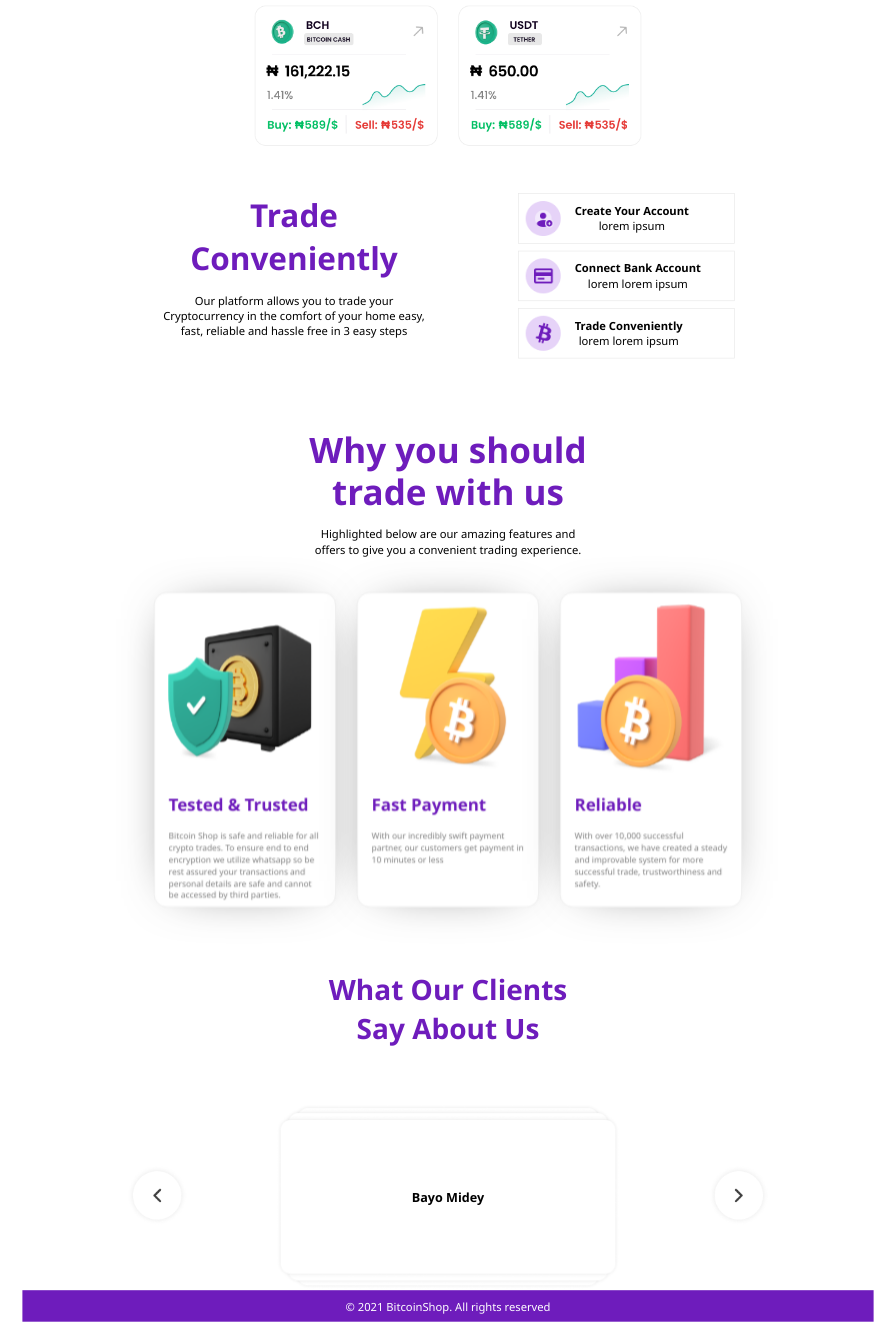
Repository: akinmiday/bitcoinshop-website
Page: /
These files come from the project's save history. The page is drawn as it stood at one moment and after the next save; the edit follows.
The browser window is 1280 px wide. The pictures show the part of the page from y = 823 to 2743 px (the page is 2743 px tall), at 70% of full size.
The project was rebuilt for these pictures with package versions that can differ from the ones it lists, and the page was loaded fresh each time. Also part of the build but not shown: vite.config.js.

Above is the page before, as saved 2023-07-10 20:31:38.

### src/App.jsx
import React from 'react'
import { Route, createBrowserRouter, RouterProvider, createRoutesFromElements } from "react-router-dom"
import './App.css'
import Layout from './components/layout'
import TitlePage from './pages/title'
import Rates from './pages/rates'



const router = createBrowserRouter(createRoutesFromElements(
  <Route path='/' element={<Layout />} >
    <Route index element={<TitlePage />} />
    <Route element={<Rates />} />

  </Route>
))

function App() {

  return (
    <RouterProvider router={router} />
  )
}

export default App

### src/index.css
*{
    margin: 0;
    padding: 0;
    box-sizing: border-box;
    font-family: 'Segoe UI', Tahoma, Geneva, Verdana, sans-serif ;
}

.header{
    display: flex;
    color:#6E1CBC;
    display: flex;
    align-items: center;
    border-bottom: #EAEAEA solid 1px;
    height: 60px;
    flex-shrink: 0;
    justify-content: space-between;
    padding: 20px;
}


.right-side-header{
    display: flex;
    align-items: center;
    font-weight: 500;
}

.right-side-header > img{
    padding: 10px;
    height: 44px;

}

.shop-logo{
    color:#FFCC00 ;
}


.middle-section-header {
    display: flex;
    justify-content: center;
    align-items: center;
    gap: 20px;
}

.right-side-header >button {
    background-color: #6E1CBC;
    color: #ffffff;
    padding: 5px 10px;
    border-radius: 8px;
}

.footer{
    background-color: #6E1CBC;
    color: #ffffff;
    display: flex;
    justify-content: center;
    align-items: center;
    margin-top: auto;
    flex-shrink: 0;
    height: 45px;
}

.title-section{
    display: flex;
    padding: 30px;
    height: 400px;
    justify-content: space-around;

}



.left-side-title{
    width: 450px;
    padding: 20px;
}

.left-side-title > h1{
    color: #6E1CBC;
    font-size: 62px;
    font-style: normal;
    font-weight: 700;
    line-height: 78px;


}

.left-side-title > p{
    font-size: 18px;
    padding: 20px 0;
}

.left-side-title >button{
    color: #ffffff;
    background-color: #6E1CBC;
    padding: 5px 10px;
    border-radius: 7px;
    text-align: center;
}

.rates-section{
    color: #6E1CBC;
    text-align: center;
    font-size: 26px;
}

.rates-section h1 {
    padding: 20px;
}

.rates-section img{
    height: 200px;
}


.top-row-rates-section {
    display: flex;
    justify-content: center;
    margin-bottom: 20px;
    gap: 30px;
  }

  .bottom-row-rates-section {
    display: flex;
    justify-content: center;
    gap: 30px;
  }

  .trade-section{
    margin-top: 30px;
    display: flex;
    justify-content: center;
    align-items: flex-start;
    gap: 110px;
    flex-shrink: 0;
    padding: 20px;
  }

  .left-trade-section{
    width: 400px;

  }

  .left-trade-section h1 {
    color: #6E1CBC;
    font-size: 45px;
    padding: 10px;
  }

  .left-trade-section p{
    padding: 10px;
  }

  .trade-link-section >div{
    display: flex;
    align-items: center;
    width: 310px;
    padding: 10px;
    margin: 10px;
    border: #EAEAEA 1px solid;
  }

  .trade-link-section > div >img{
    height: 50px;
    margin-right: 20px;
  }
  .trade-with-us{
    text-align: center;

    margin-top: 50px;
  }

  .trade-with-us-heading > h1{
    color: #6E1CBC;
    font-size: 50px;
    line-height: 60px;
    padding: 20px;
  }

  .trade-with-us-icon-section{
    display: flex;
    margin-top: 20px;
    padding-top: 30px;
    gap: 30px;
    justify-content: center;
    align-items: center;
    padding-bottom: 20px;
  }

  .trade-with-us-icon-section >div{
    border-radius: 18px;
    border: 1px solid #EAEAEA;
    background: #FFF;
    backdrop-filter: blur(100px);
    width: 260px;
    height: 450px;
    text-align: left;
    box-shadow: -2px 0px 74px -36px rgba(0,0,0,0.71);
    -webkit-box-shadow: -2px 0px 74px -36px rgba(0,0,0,0.71);
    -moz-box-shadow: -2px 0px 74px -36px rgba(0,0,0,0.71);
  }

  .trade-with-us-icon-section div >h2{
    color: #6E1CBC;
    padding: 20px;
  }

  .trade-with-us-icon-section div >p{
    padding: 0 20px;
    font-size: 12px;
    color: #808080;
  }

  .trade-with-us-icon-section img {
    width: 250px;
    height: 250px;
    margin-top: 10px;
  }

  .carousel-area{
    display: flex;
    align-items: center;
    justify-content: center;
    gap: 20px;
    margin-top: 60px;
  }

  .review-section{
    text-align: center;
    margin-top: 50px;
    color: #6E1CBC;
  }

  .review-section h1{
    font-size: 40px;
    padding: 20px;
  }

  .review-card{
    width: 70%;
    position: relative;
    align-items: center;

  }

  .review-card-area {
    position: relative;
    display: flex;
    align-items: center;
    justify-content: center;

  }

  .review-card-area h2{
    position: absolute;
    color: black;
    font-size: 18px;


  }

### src/components/layout.jsx
import React from "react";
import { Outlet } from "react-router-dom";
import Header from "./header";
import Footer from "./footer";
import Rates from "../pages/rates";


export default function Layout() {
    return (<>
        <Header />
        <main>
            <Outlet />
        </main>
        <Footer />
    </>)
}

### src/pages/title.jsx
import React from "react";
import groupIcons from "../assets/Group-icons-title.png"
import Rates from "./rates";
import TradeSection from "./tradeSection";
import TradeWithUs from "./tradewithus";
import Reviews from "./reviews";

export default function TitlePage() {
    return (<>
        <div className="title-section" >
            <div className="left-side-title" >
                <h1>Trade your Cryptocurrency</h1>
                <p>Best and reliable platform to trade over 100 cryptocurrencies for your local Fiat</p>
                <button>Get Started</button>
            </div>
            <img src={groupIcons} />
        </div>
        <Rates />
        <TradeSection />
        <TradeWithUs />
        <Reviews />
    </>
    )
}

### src/pages/rates.jsx
import React from "react";
import btcTrend from "../assets/bitcoin-trend-Item.png"
import ethTrend from "../assets/ETH-Trend-Item.png"
import bnbTrend from "../assets/BNB-Trend-Item.png"
import bchTrend from "../assets/BCH-Trend-Item.png"
import usdtTrend from "../assets/USDT-Trend-Item.png"

export default function Rates() {
    return (
        <div className="rates-section">
            <h1>We Offer Superb Rates</h1>
            <div className="top-row-rates-section">
                <div><img src={btcTrend} /></div>
                <div><img src={ethTrend} /></div>
                <div><img src={bnbTrend} /></div>
            </div>
            <div className="bottom-row-rates-section">
                <div><img src={bchTrend} /></div>
                <div><img src={usdtTrend} /></div>
            </div>
        </div>
    );
}

### src/components/header.jsx
import React from "react";
import logoImg from "../assets/bitcoinshop-logo.png"
import lightIcon from "../assets/Light-icon.png"


export default function Header() {
    return (<div className="header" >
        <div className="right-side-header" ><img src={logoImg} />
            <h4>Bitcoin<span className="shop-logo" >Shop</span></h4>
        </div>
        <div className="middle-section-header" >
            <h4>Home</h4>
            <h4>Contact us</h4>
            <h4>About us</h4>
            <h4>FAQs</h4>
            <h4>Terms of Service</h4>
        </div>
        <div className="right-side-header" >
            <img src={lightIcon} />
            <button>Trade now</button>
        </div>


    </div>)
}

### src/components/footer.jsx
import React from "react";

export default function Footer() {
    return (<>
        <div className="footer" >&#169; 2021 BitcoinShop. All rights reserved</div>
    </>)
}

### src/pages/tradeSection.jsx
import React from "react";
import profileIcon from "../assets/profile-icon.png"
import debitCardIcon from "../assets/debit-card-icon.png"
import bitcoinIcon from "../assets/bitcoin-icon.png"

export default function TradeSection() {
    return (
        <div className="trade-section">
            <div className="left-trade-section" >
                <h1>Trade Conveniently</h1>
                <p>Our platform allows you to trade your Cryptocurrency in the comfort of your home
                    easy, fast, reliable and hassle free in 3 easy steps
                </p>
            </div>
            <div className="trade-link-section" >
                <div>
                    <img src={profileIcon} />
                    <div>
                        <h4>Create Your Account</h4>
                        <p>
                            lorem ipsum
                        </p>
                    </div>
                </div>

                <div>
                    <img src={debitCardIcon} />
                    <div>
                        <h4>Connect Bank Account</h4>
                        <p>
                            lorem lorem ipsum
                        </p>
                    </div>
                </div>

                <div>
                    <img src={bitcoinIcon} />
                    <div>
                        <h4>Trade Conveniently</h4>
                        <p>
                            lorem lorem ipsum
                        </p>
                    </div>
                </div>
            </div>
        </div>
    )
}

### src/pages/tradewithus.jsx
import React from "react";
import securedIcon from "../assets/secured.png"
import fastPaymentIcon from "../assets/fast-payment.png"
import reliableIcon from "../assets/reliable.png"

export default function TradeWithUs() {
    return (
        <div className="trade-with-us" >
            <div className="trade-with-us-heading" >
                <h1>Why you should <br /> trade with us</h1>
                <p>Highlighted below are our amazing features and <br /> offers
                    to give you a convenient trading experience.
                </p>
            </div>
            <div className="trade-with-us-icon-section" >
                <div>
                    <img src={securedIcon} />
                    <h2>Tested & Trusted</h2>
                    <p>Bitcoin Shop is safe and reliable for all crypto trades. To ensure end to end encryption we utilize whatsapp
                        so be rest assured your transactions and personal details are safe and cannot be accessed by third parties.
                    </p>
                </div>
                <div>
                    <img src={fastPaymentIcon} />
                    <h2>Fast Payment</h2>
                    <p>With our incredibly swift payment partner, our customers get payment in 10 minutes or less</p>
                </div>
                <div>
                    <img src={reliableIcon} />
                    <h2>Reliable</h2>
                    <p>With over 10,000 successful transactions, we have created a steady and improvable system for more successful trade,
                        trustworthiness and safety.
                    </p>
                </div>
            </div>
        </div>
    )
}

### src/pages/reviews.jsx
import React from "react";
import reviewCard from "../assets/review-card.png"
import toRightIcon from "../assets/to-right-carousel.png"
import toLeftIcon from "../assets/to-left-carousel.png"

export default function Reviews() {
    return (
        <div className="review-section" >
            <h1>What Our Clients<br />Say About Us</h1>

            <div className="carousel-area" >
                <div>
                    <img src={toLeftIcon} />
                </div>
                <div className="review-card-area" >
                    <img className="review-card" src={reviewCard} />
                    <h2>Bayo Midey</h2>
                </div>
                <div>
                    <img src={toRightIcon} />
                </div>
            </div>

        </div>
    )
}

Loaded but not shown: src/main.jsx (common file); src/App.css (common file)

After the next save:
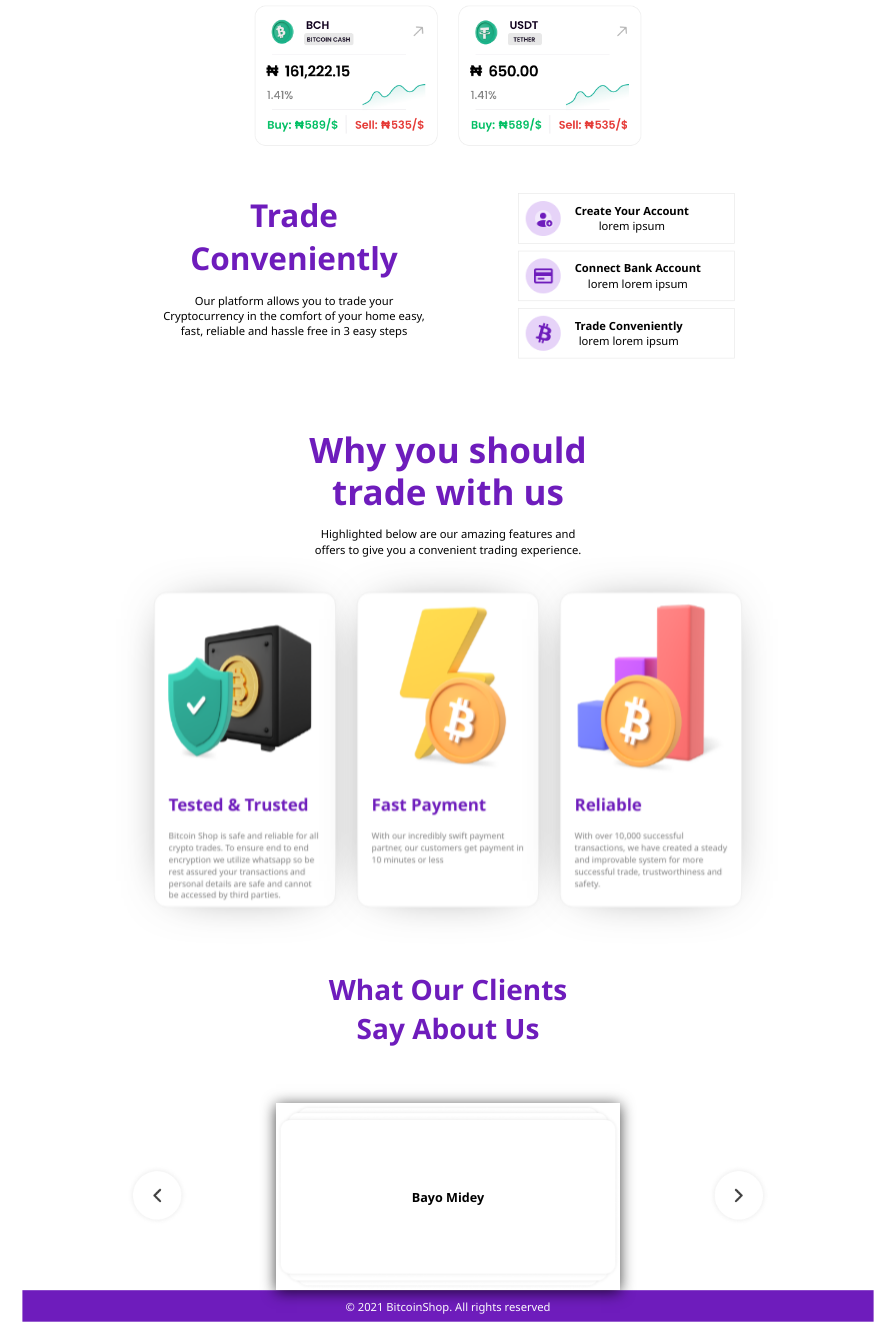
Saved 40 s later.
--- a/src/index.css
+++ b/src/index.css
@@ -240,6 +240,9 @@
     width: 70%;
     position: relative;
     align-items: center;
+    box-shadow: 0px 3px 20px 0px rgba(0,0,0,0.75);
+-webkit-box-shadow: 0px 3px 20px 0px rgba(0,0,0,0.75);
+-moz-box-shadow: 0px 3px 20px 0px rgba(0,0,0,0.75);
 
   }
 

After the 2 saves that followed:
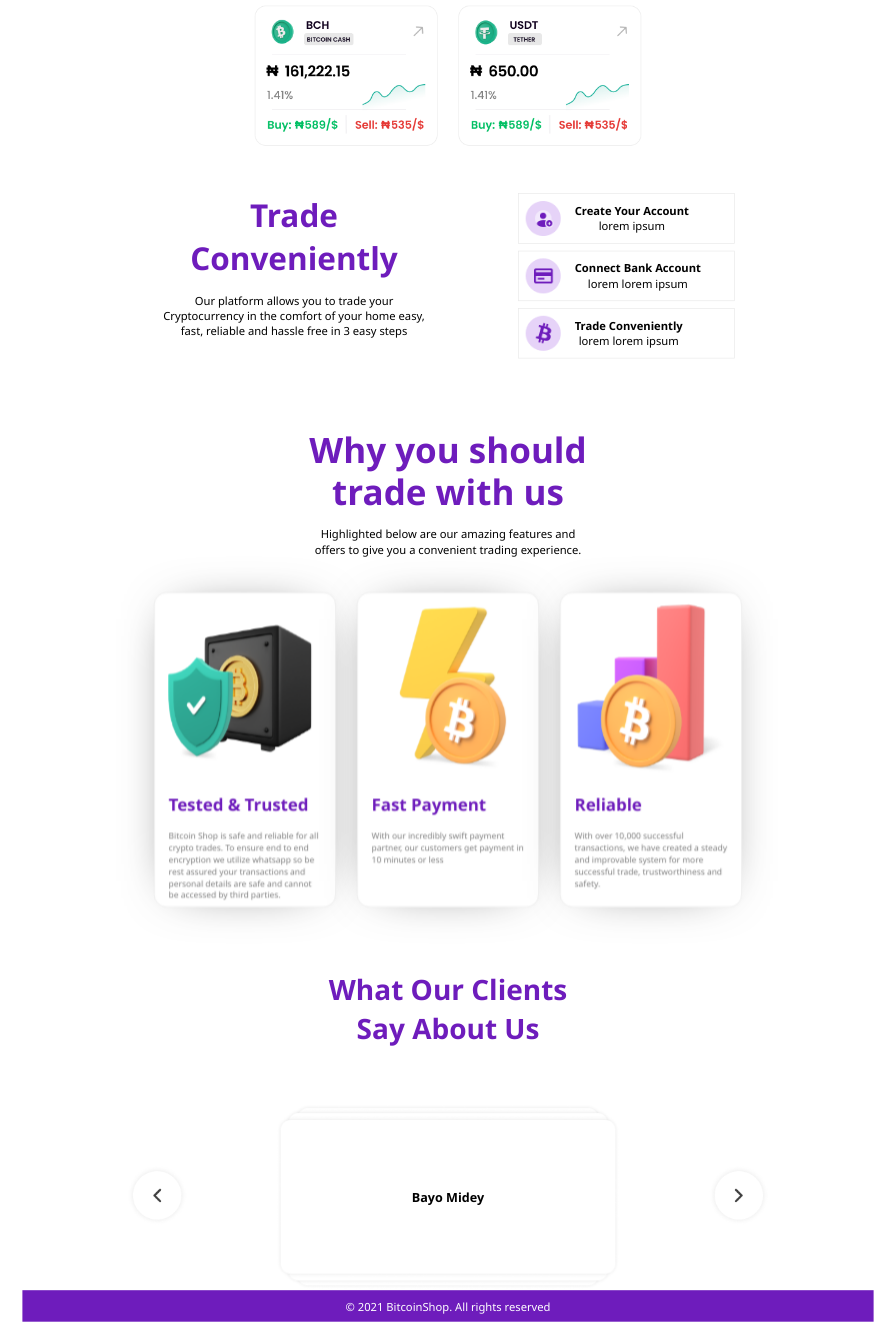
The 2 saves are shown as one change because 1 left the picture as it was.
The last was saved 32 s later.
--- a/src/index.css
+++ b/src/index.css
@@ -240,9 +240,7 @@
     width: 70%;
     position: relative;
     align-items: center;
-    box-shadow: 0px 3px 20px 0px rgba(0,0,0,0.75);
--webkit-box-shadow: 0px 3px 20px 0px rgba(0,0,0,0.75);
--moz-box-shadow: 0px 3px 20px 0px rgba(0,0,0,0.75);
+
 
   }
 
